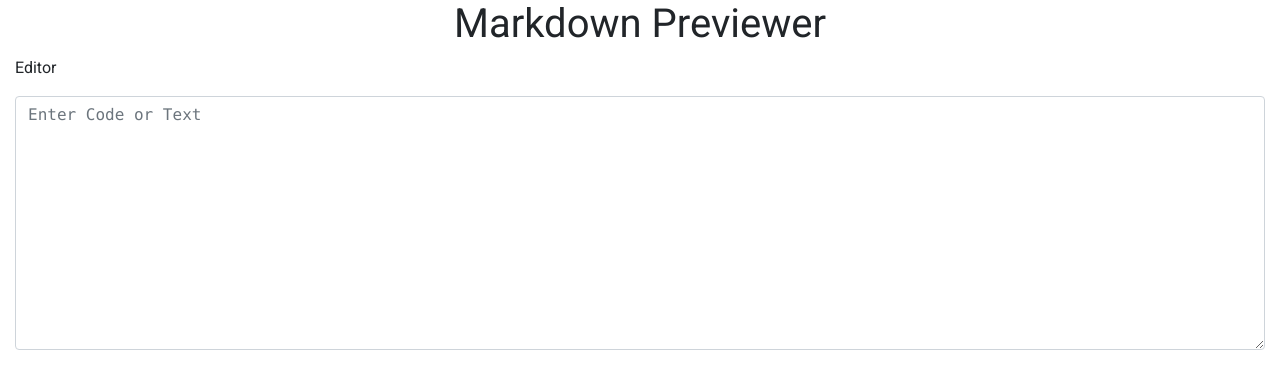
Repository: derektypist/markdown-previewer
Page: index.html
The author's editor kept a record of every edit. The page is drawn from the files as they stood at one moment, then again after the next edit.
The browser window is 1280 px wide. The pictures show the whole page.

Above is the page before.

### index.html
<!DOCTYPE html>
<html lang="en">

<head>
    <meta charset="UTF-8">
    <meta name="viewport" content="width=device-width, initial-scale=1.0">
    <meta http-equiv="X-UA-Compatible" content="ie=edge">
    <title>Markdown Previewer</title>
    <!-- Load Style Sheets -->
    <link rel="stylesheet" href="https://maxcdn.bootstrapcdn.com/bootstrap/4.4.1/css/bootstrap.min.css" integrity="sha384-Vkoo8x4CGsO3+Hhxv8T/Q5PaXtkKtu6ug5TOeNV6gBiFeWPGFN9MuhOf23Q9Ifjh" crossorigin="anonymous">
    <link href="https://fonts.googleapis.com/css?family=Roboto&display=swap" rel="stylesheet">
    <style>
        /* Heading H1 */

        h1 {
            font-family: "Roboto", Arial, Verdana, sans-serif;
            text-align: center;
        }

        /* Editor */

        p {
            font-family: "Roboto", Arial, Verdana, sans-serif;
        }

        #editor {
            font-family: "Consolas", monospace;
        }
    </style>
    <!-- Load Scripts -->
    <script src="https://ajax.googleapis.com/ajax/libs/jquery/3.4.1/jquery.min.js"></script>
</head>

<body>
    <!-- Set Up Heading -->
    <header class="container-fluid">
        <h1>Markdown Previewer</h1>
    </header>

    <!-- Set Up Section -->
    <section class="container-fluid">
        <!-- Set Up Editor -->
        <article>
            <p>Editor</p>
                <textarea class="form-control" id="editor" rows="10" placeholder="Enter Code or Text" oninput="displayPreview()"></textarea>

                <!-- Set Up Previewer -->
                <article id="preview"></article>

        </article>
    </section>
</body>

</html>

After the next edit:
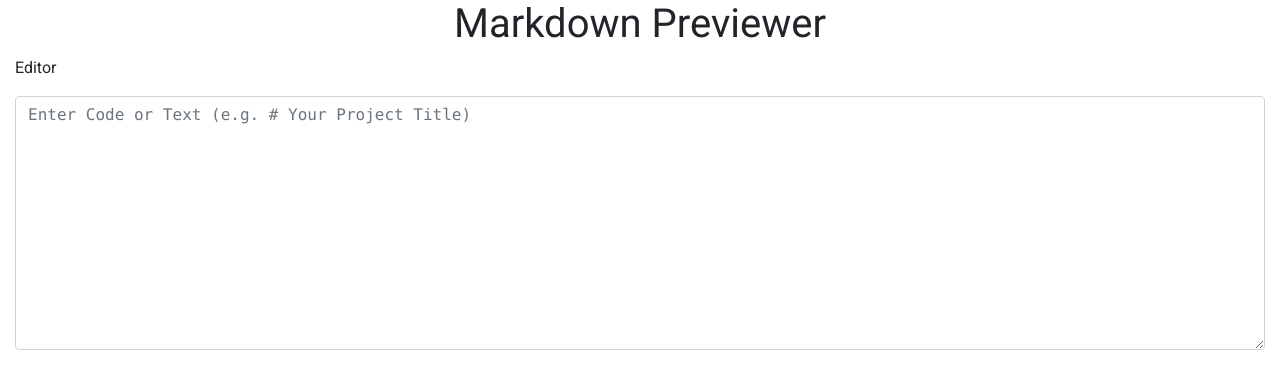
The edit:
--- a/index.html
+++ b/index.html
@@ -42,7 +42,7 @@
         <!-- Set Up Editor -->
         <article>
             <p>Editor</p>
-                <textarea class="form-control" id="editor" rows="10" placeholder="Enter Code or Text" oninput="displayPreview()"></textarea>
+                <textarea class="form-control" id="editor" rows="10" placeholder="Enter Code or Text (e.g. # Your Project Title)" oninput="displayPreview()"></textarea>
 
                 <!-- Set Up Previewer -->
                 <article id="preview"></article>
